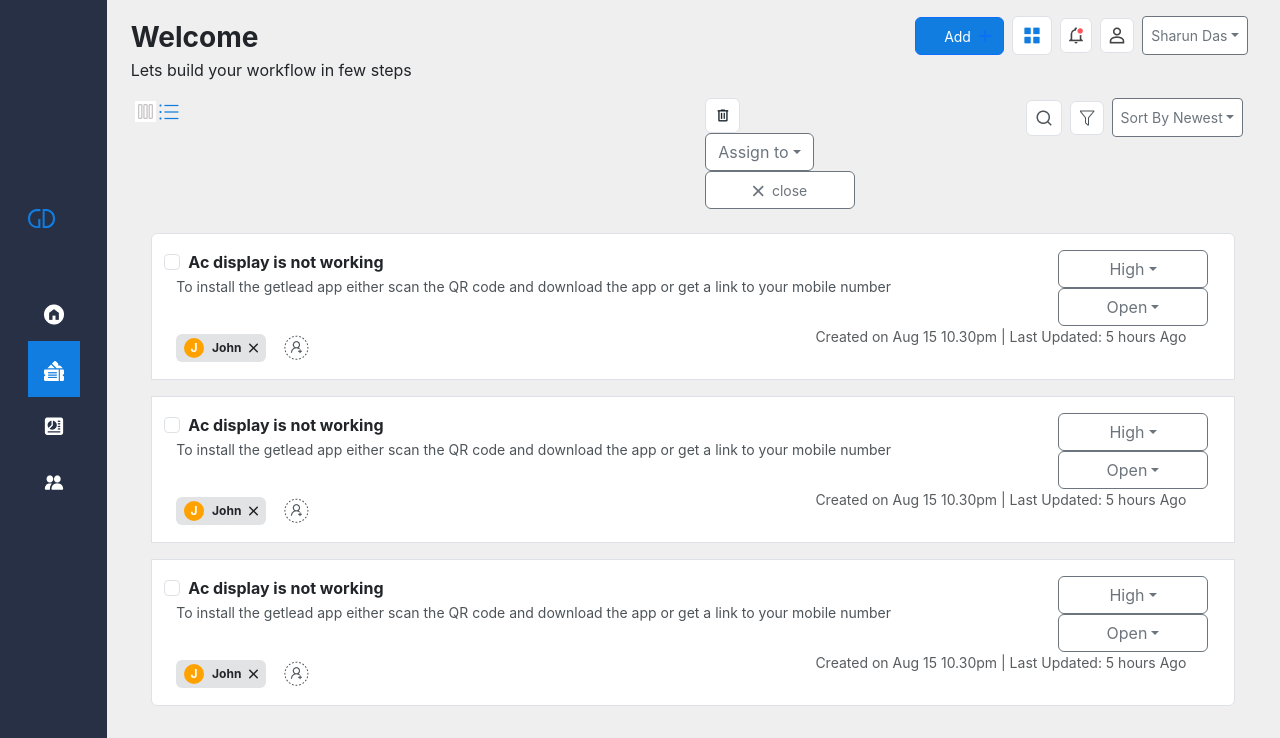
Repository: rishikarajeev/GL_HelpDesk
Page: /
These files come from the project's save history. The page is drawn as it stood at one moment and after a run of saves; the edit follows.
The browser window is 1280 px wide. The pictures show the whole page.
The project was rebuilt for these pictures with package versions that can differ from the ones it lists, and the page was loaded fresh each time. Also part of the build but not shown: src/App.css, src/Pages/HomePage.jsx.

Above is the page before, as saved 2024-01-11 14:29:15.

After the next 3 saves:
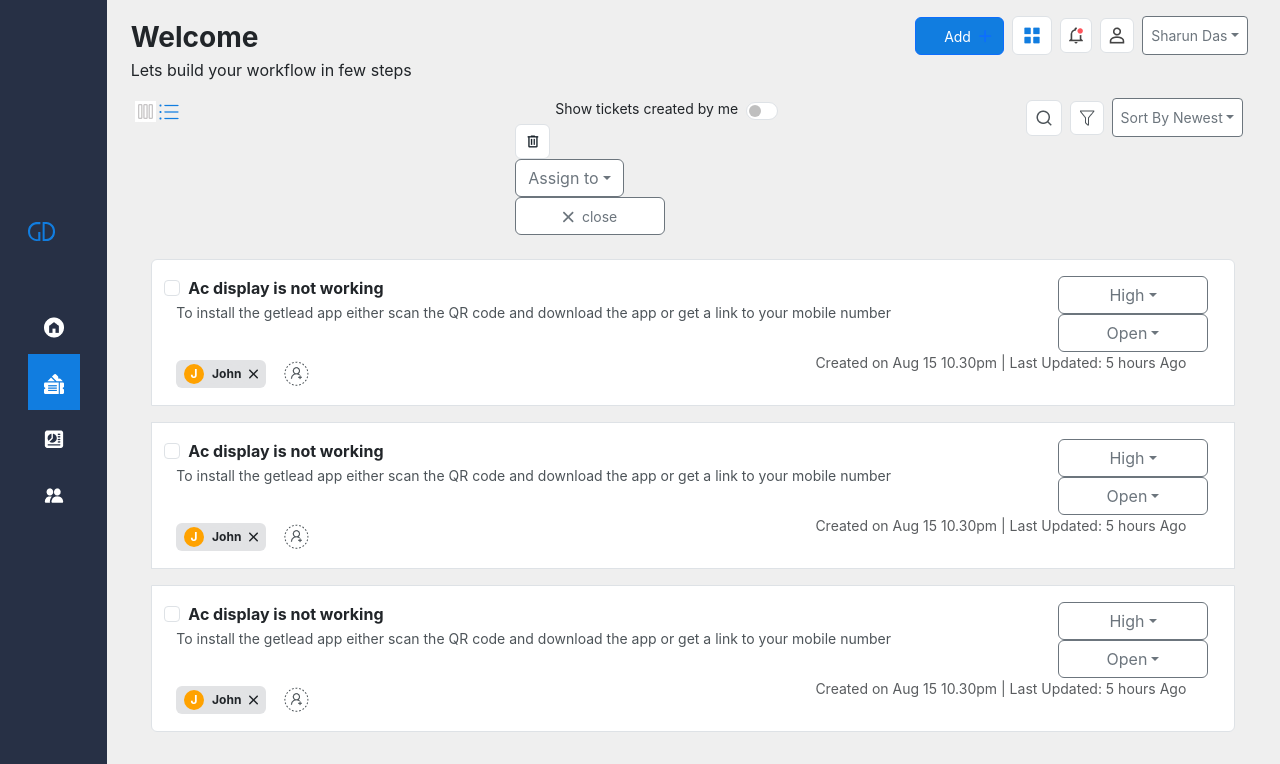
The 3 saves are shown as one change because they came seconds apart.
The last was saved 7 s later.
--- a/src/Pages/ViewTickets.jsx
+++ b/src/Pages/ViewTickets.jsx
@@ -28,12 +28,24 @@ function ViewTickets() {
 
           <img src={list_icon} />
         </Col>
-        <Col className="d-none d-lg-block">
 
-        </Col>
         <Col className=" ">
           <Row>
             <Col>
+            <div class="form-check form-switch ms-0 d-flex align-items-start">
+            <label
+              class="form-check-label small me-5 p "
+              for="flexSwitchCheckDefault"
+            >
+              Show tickets created by me
+            </label>
+            <input
+              className="form-check-input p-2"
+              type="checkbox"
+              role="switch"
+              id="flexSwitchCheckDefault"
+            />
+          </div>
             <div>
               <Image
                 src={delete_icon}
